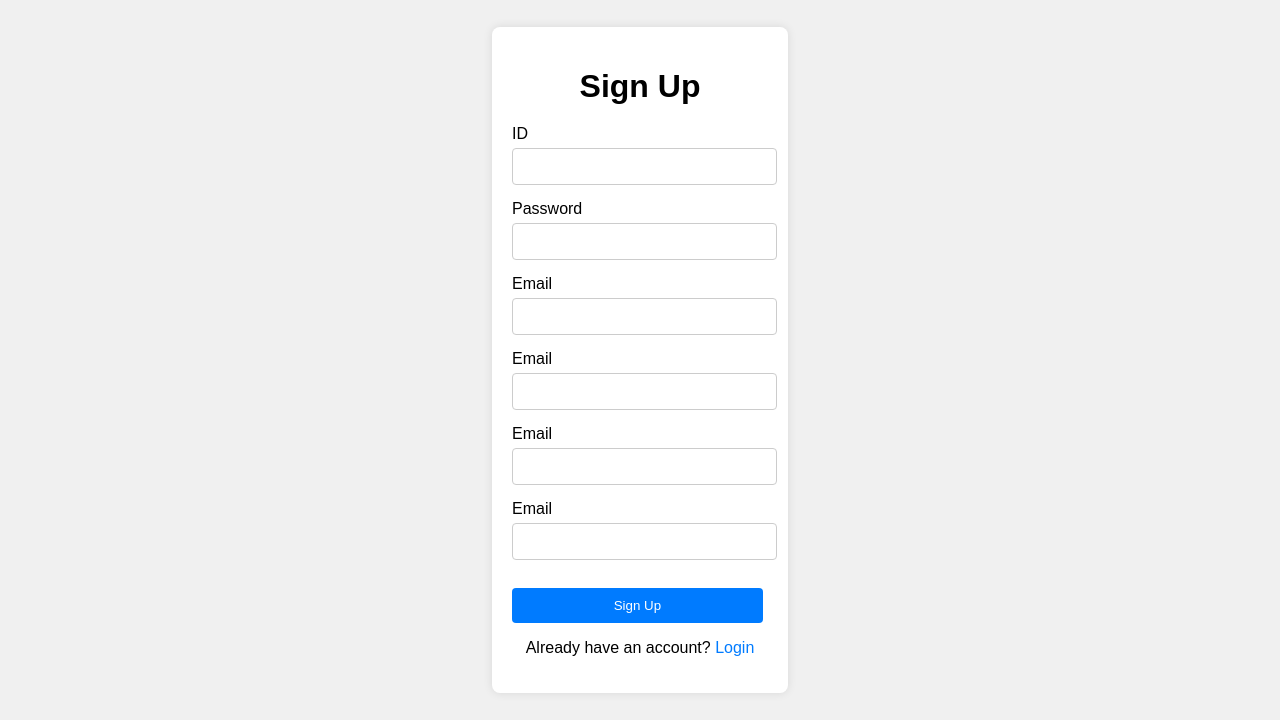
Repository: LifeIsRightward/WebServer
Page: http://localhost/JSPBook/Project/signup.jsp
An editor plug-in stored every save of this project. The page is shown before and after the next save, followed by the edit.
The browser window is 1280 px wide. The pictures show the whole page.
The page is served by Tomcat 9.

Above is the page before, as saved 2024-06-05 17:34:08.

After the next save:
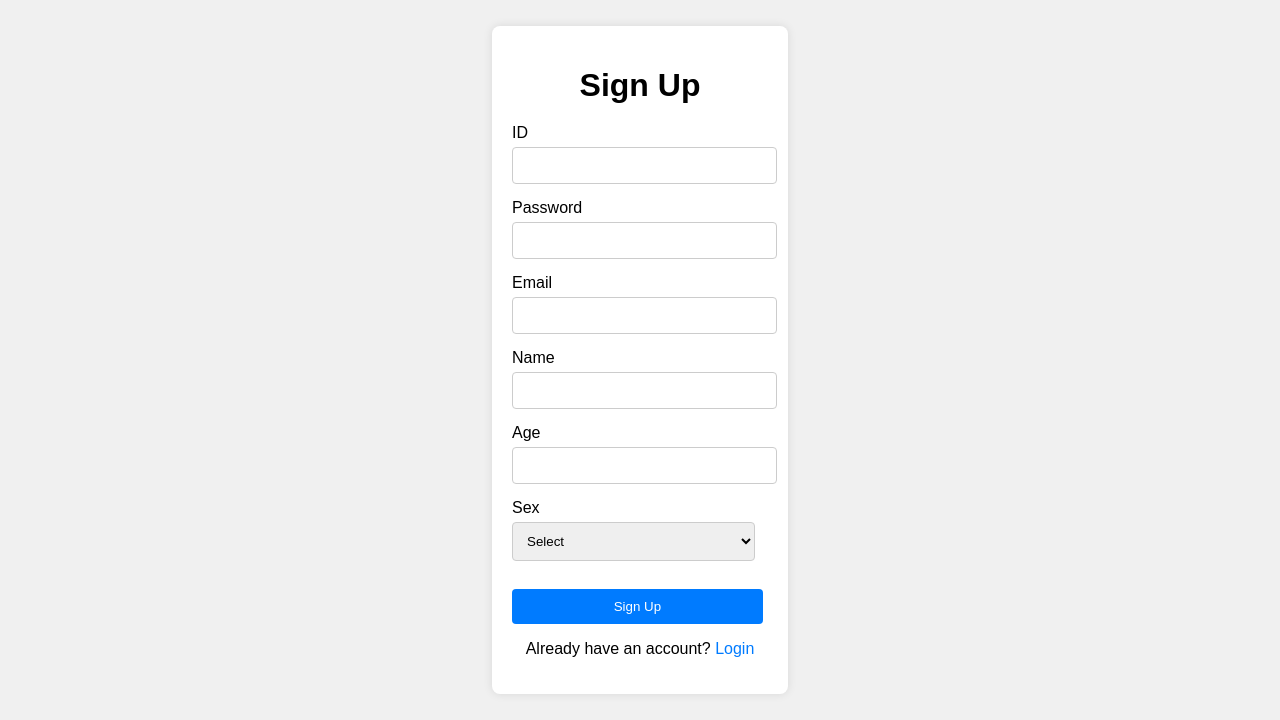
Saved 72 s later.
--- a/JSPBook/src/main/webapp/Project/signup.jsp
+++ b/JSPBook/src/main/webapp/Project/signup.jsp
@@ -20,14 +20,18 @@
             <label for="email">Email</label>
             <input type="email" id="email" name="email" required>
 
-            <label for="name">Email</label>
+            <label for="name">Name</label>
             <input type="text" id="name" name="name" required>
 
-            <label for="age">Email</label>
+            <label for="age">Age</label>
             <input type="text" id="age" name="age" required>
 
-            <label for="sex">Email</label>
-            <input type="text" id="sex" name="sex" required>
+            <label for="sex">Sex</label>
+            <select id="sex" name="sex" required>
+                <option value="">Select</option>
+                <option value="male">Male</option>
+                <option value="female">Female</option>
+            </select>
 
             <button type="submit">Sign Up</button>
         </form>
